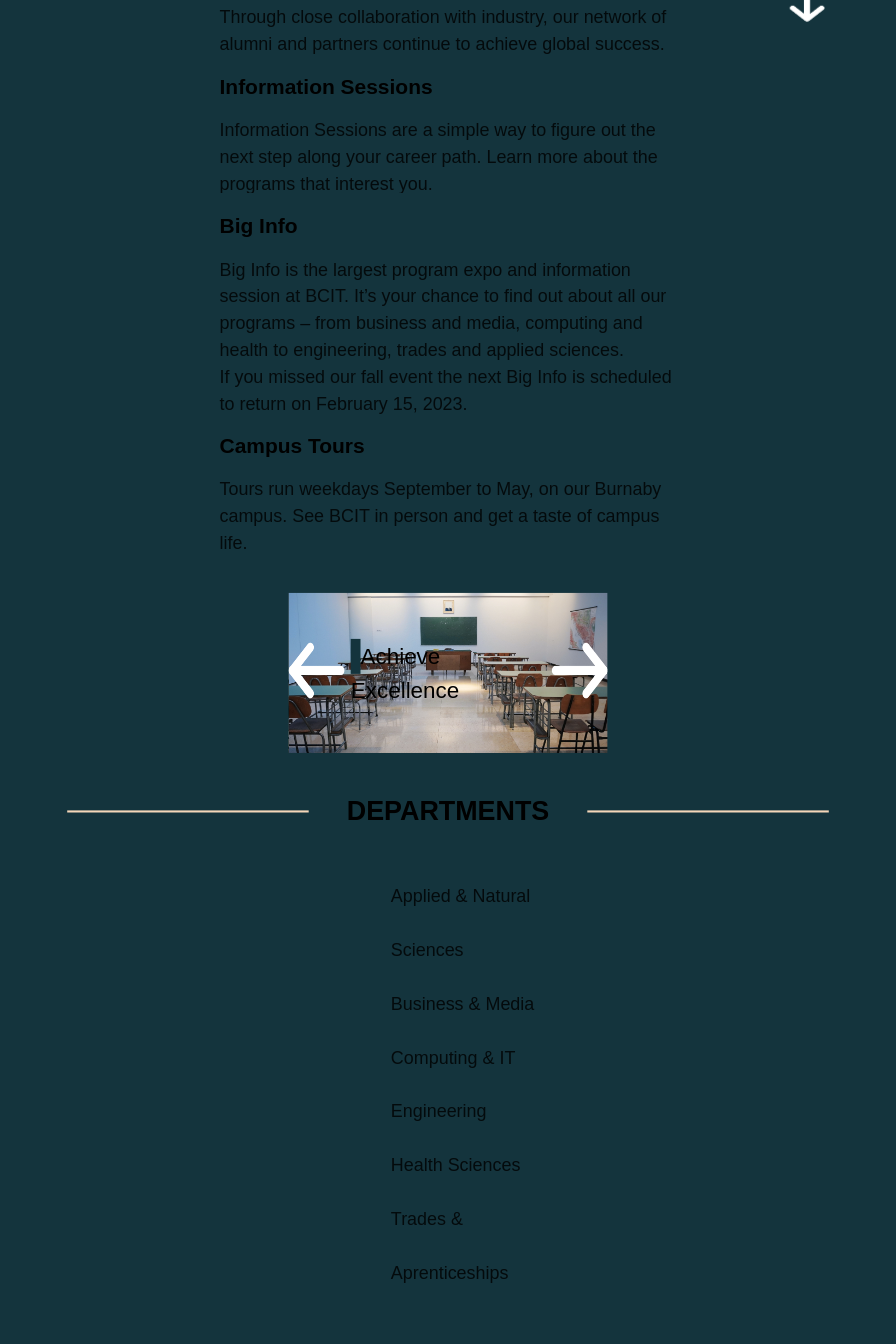
Repository: Kinakopan/playwright_bcit
Page: /about
An editor plug-in stored every save of this project. The page is shown before and after the next save, followed by the edit.
The browser window is 1280 px wide. The pictures show the part of the page from y = 634 to 2554 px (the page is 2586 px tall), at 70% of full size.
Some web fonts or font styles are not loaded; a fallback is used. The project was rebuilt for these pictures with package versions that can differ from the ones it lists, and the page was loaded fresh each time. The framework's server and built-in components were replaced by stand-ins that run in the browser. Also part of the build but not shown: next.config.js.

Above is the page before, as saved 2023-01-28 14:02:24.

After the next save:
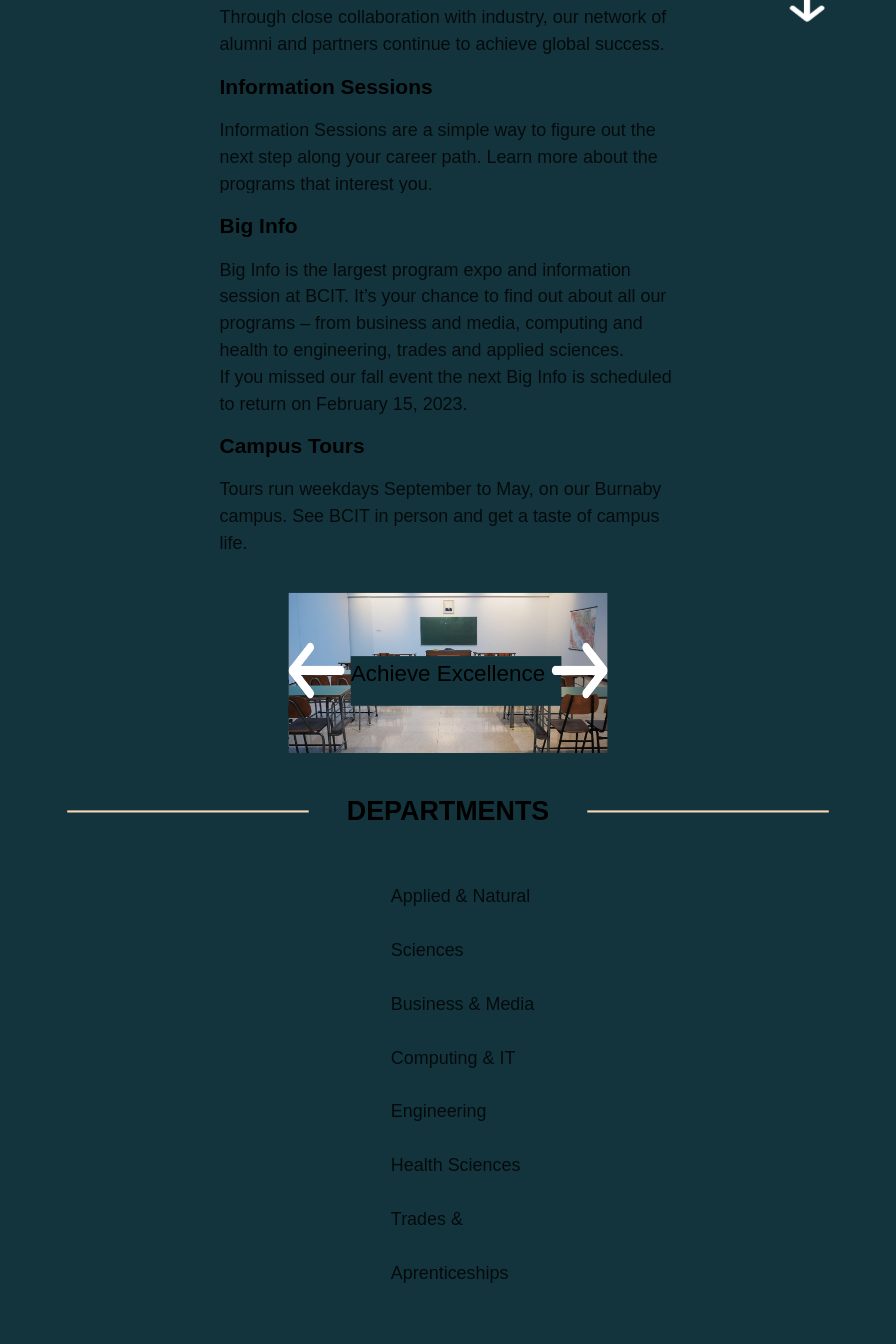
Saved 5 min 0 s later.
--- a/styles/Home.module.css
+++ b/styles/Home.module.css
@@ -521,12 +521,16 @@
 
 .carousel_text {
   font-size: 2rem;
+  padding: 2.5%;
 }
 
 .carousel_text:before {
   content: "";
+  display: flex;
+  flex-grow: 1;
   background: var(--quaternary-color);
-  padding: 2.5%;
+  position: absolute;
+  z-index: -1;
   width: 100%;
   height: 100%;
 }
